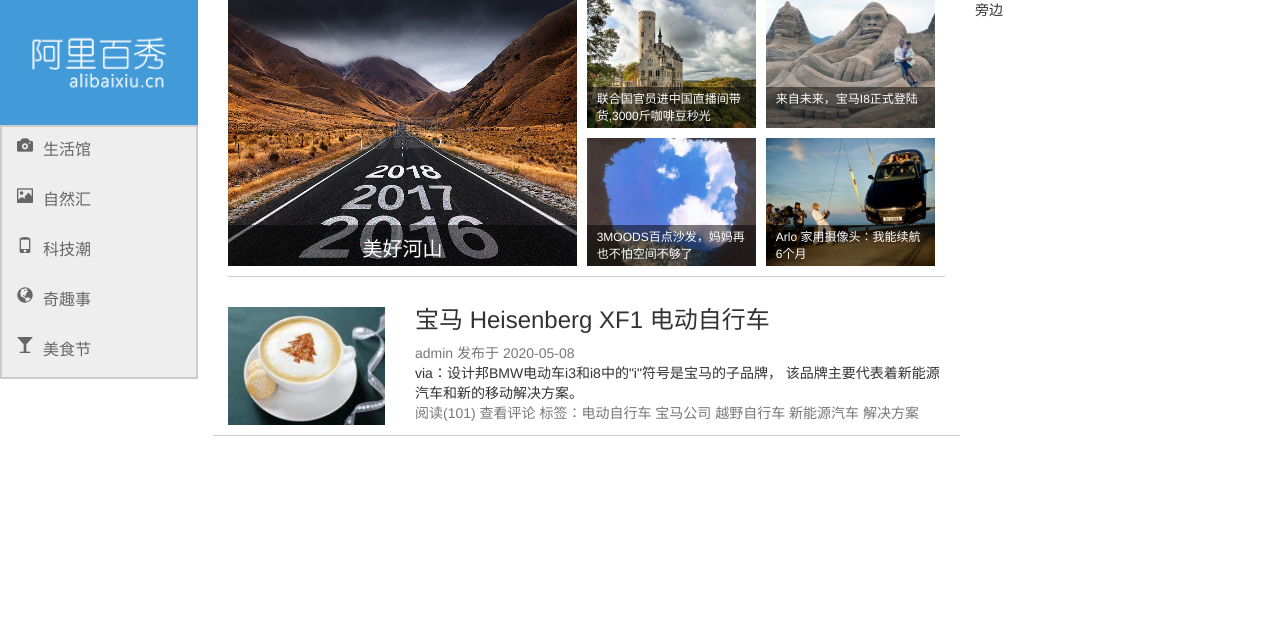
Repository: zhangwen001208/bootstrap-demo
Page: index.html
The author's editor kept a copy of each file at every save. The page is drawn from the files as they stood at one save, then again after the next save.
The browser window is 1280 px wide. The pictures show the whole page.

Above is the page before, as saved 2022-09-08 15:54:53.

After the next save:
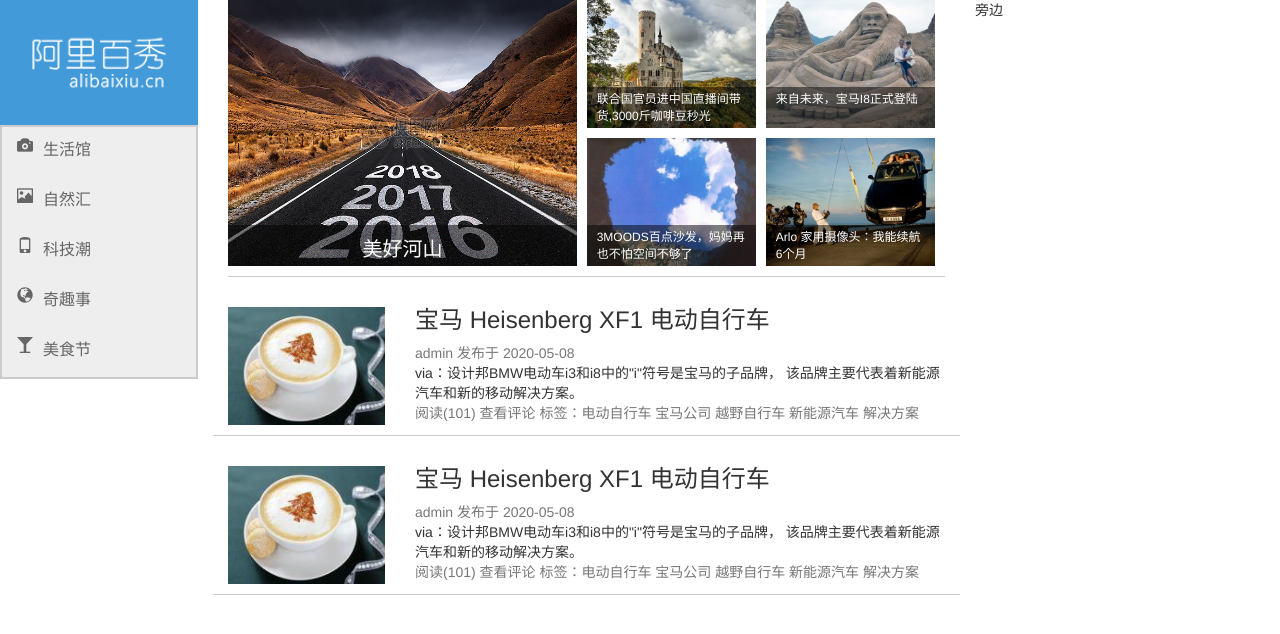
Saved 23 s later.
--- a/index.html
+++ b/index.html
@@ -76,6 +76,17 @@
                         <p class="text-muted">阅读(101) 查看评论 标签：电动自行车 宝马公司 越野自行车 新能源汽车 解决方案</p>
                     </div>
                 </div>
+                <div class="row">
+                    <div class="col-sm-3 pic">
+                        <img src="./images/news-6.jpg" alt="">
+                    </div>
+                    <div class="col-sm-9 ">
+                        <h3>宝马 Heisenberg XF1 电动自行车</h3>
+                        <p class="text-muted">admin 发布于 2020-05-08</p>
+                        <p>via：设计邦BMW电动车i3和i8中的"i"符号是宝马的子品牌， 该品牌主要代表着新能源汽车和新的移动解决方案。</p>
+                        <p class="text-muted">阅读(101) 查看评论 标签：电动自行车 宝马公司 越野自行车 新能源汽车 解决方案</p>
+                    </div>
+                </div>
               </div>
 
             </article>
